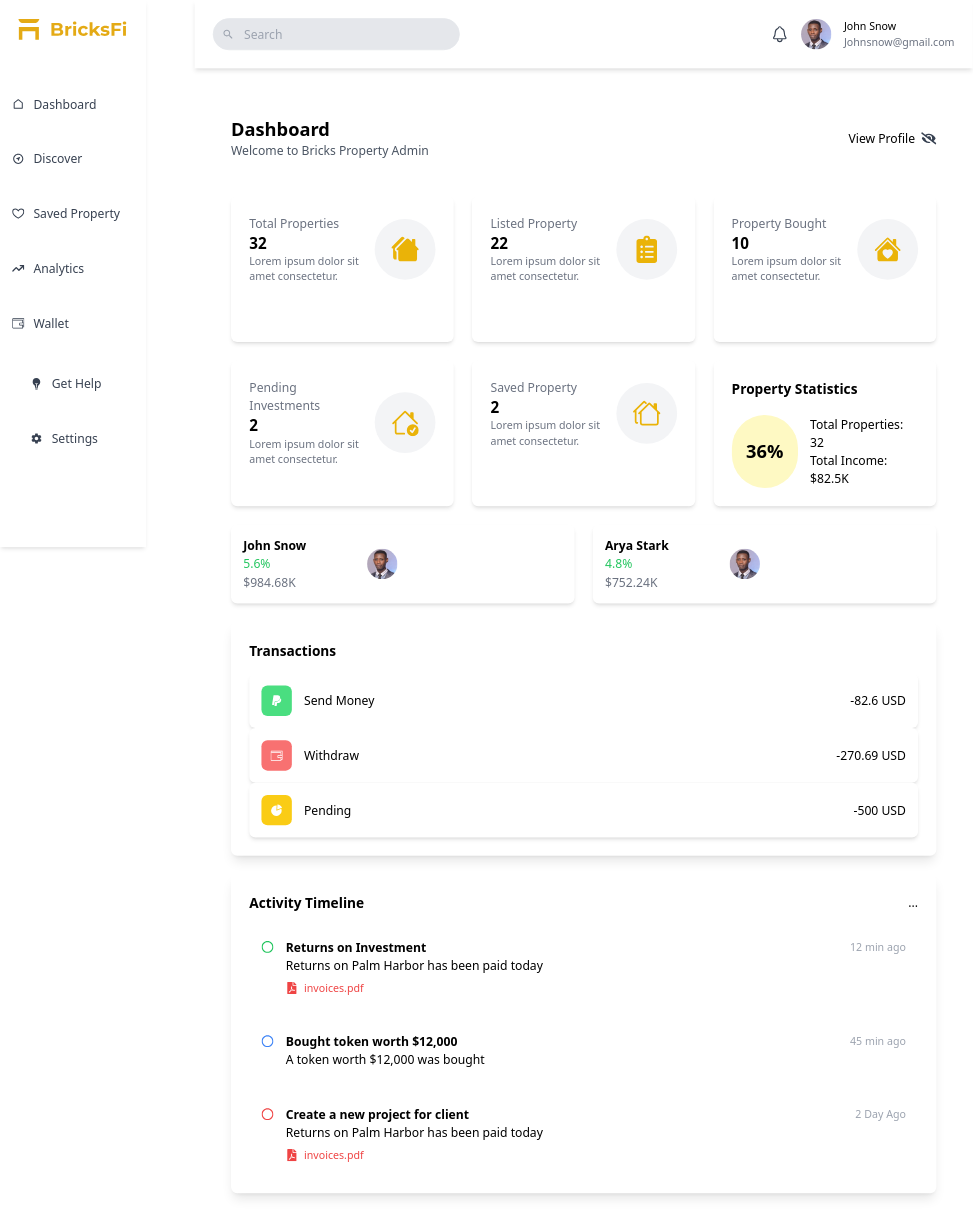
Repository: AyomideAkintade/BricksFi-Frontend
Page: /dashboard (app in client/)
An editor plug-in stored every save of this project. The page is shown before and after the next save, followed by the edit.
The browser window is 1280 px wide. The pictures show the whole page, at 76% of full size.
The page's requests for data from a server got no answer. The project was rebuilt for these pictures with package versions that can differ from the ones it lists, and the page was loaded fresh each time. No one was signed in, and anything a server would have sent is missing. Also part of the build but not shown: client/src/components/navbar.jsx, client/src/components/home.jsx, client/src/components/homeSecond.jsx, client/src/components/homeThird.jsx, client/src/components/homeFifth.jsx, client/src/components/homeSixth.jsx, client/src/components/homeSeventh.jsx, client/src/api/base.js and 11 more.

Above is the page before, as saved 2024-10-04 23:05:54.

After the next save:
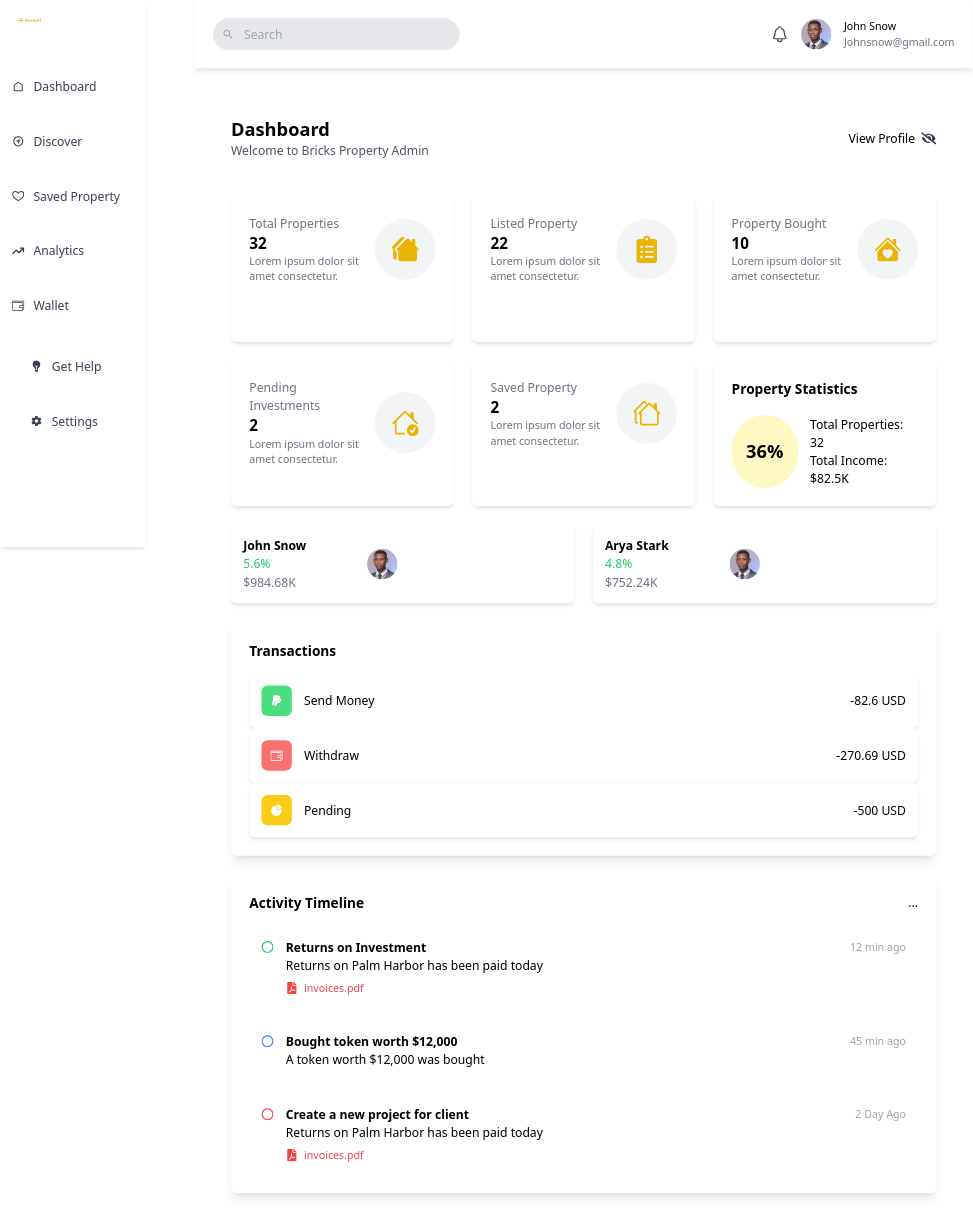
Saved 8 s later.
--- a/client/src/components/sidebar.jsx
+++ b/client/src/components/sidebar.jsx
@@ -16,6 +16,7 @@ const Sidebar = () => {
         <img
         src={BricksFi}
         alt='BricksFi'
+        className='w-[30px]'
         />
       </div>
       <nav className="mt-8">
